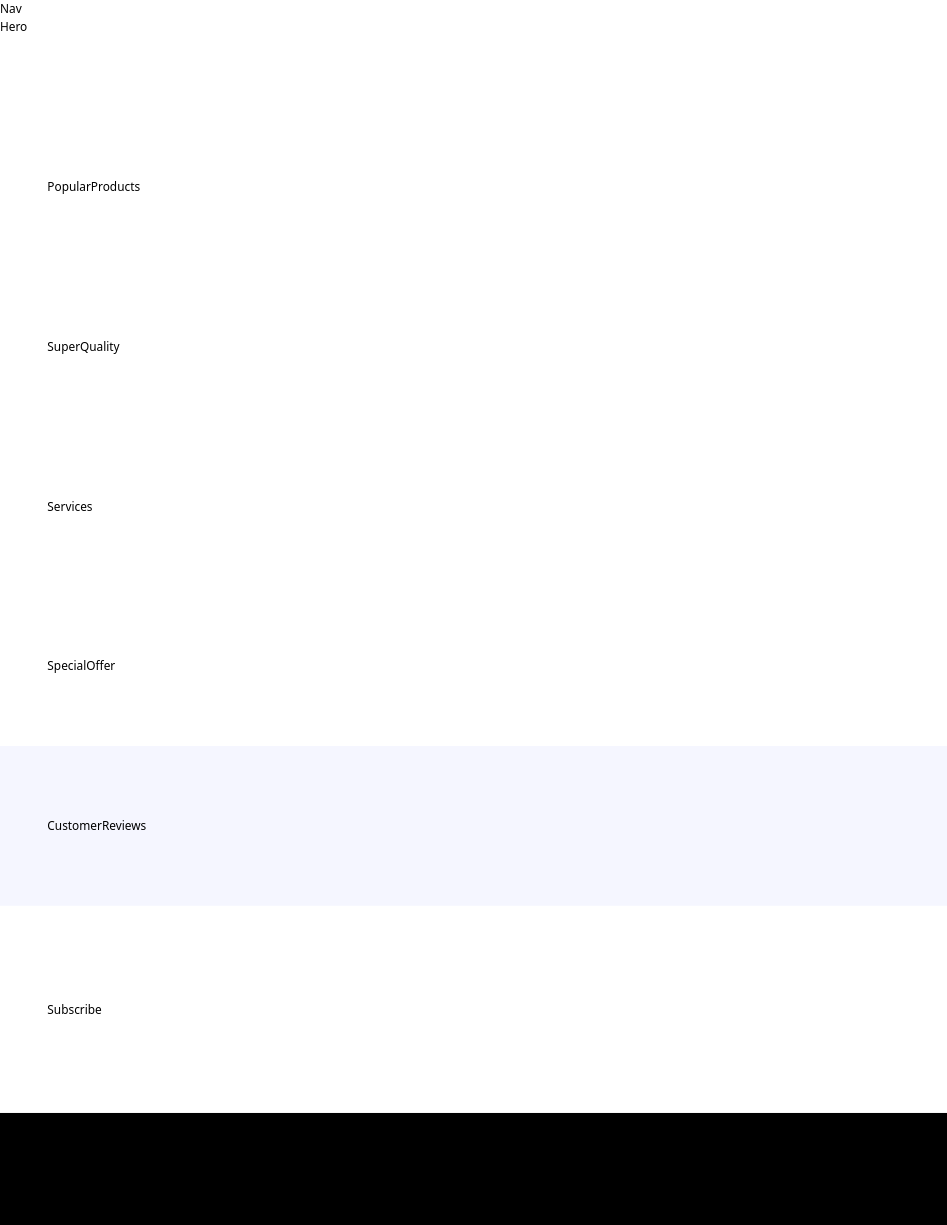
Repository: inno03/nike-clone-web
Page: /
These files come from the project's save history. The page is drawn as it stood at one moment and after the next save; the edit follows.
The browser window is 1280 px wide. The pictures show the whole page, at 74% of full size.
The project was rebuilt for these pictures with package versions that can differ from the ones it lists, and the page was loaded fresh each time. Also part of the build but not shown: vite.config.js.

Above is the page before, as saved 2023-10-20 12:00:08.

### src/App.jsx
const App = () => (
  <main className="relative">
    Nav
    <section className="xl:padding-1 wide:padding-r padding-b">
      Hero
    </section>
    <section className="padding">
      PopularProducts
    </section>
        <section className="padding">
      SuperQuality
    </section>
        <section className="padding">
      Services
    </section>
        <section className="padding">
      SpecialOffer
    </section>
        <section className="bg-pale-blue padding">
      CustomerReviews
    </section>
        <section className="padding-x sm:py-32 py-16 w-full">
      Subscribe
    </section>
        <section className="bg-black padding-x padding-t pb-8">
      Footer
    </section>
    </main>
)

export default App;

### src/index.css
@tailwind base;
@tailwind components;
@tailwind utilities;

* {
  margin: 0;
  padding: 0;
  box-sizing: border-box;
  scroll-behavior: smooth;
}

@layer components {
  .max-container {
    max-width: 1440px;
    margin: 0 auto;
  }

  .input {
    @apply sm:flex-1 max-sm:w-full text-base leading-normal text-slate-gray pl-5 max-sm:p-5 outline-none sm:border-none border max-sm:border-slate-gray max-sm:rounded-full;
  }
}

@layer utilities {
  .padding {
    @apply sm:px-16 px-8 sm:py-24 py-12;
  }

  .padding-x {
    @apply sm:px-16 px-8;
  }

  .padding-y {
    @apply sm:py-24 py-12;
  }

  .padding-l {
    @apply sm:pl-16 pl-8;
  }

  .padding-r {
    @apply sm:pr-16 pr-8;
  }

  .padding-t {
    @apply sm:pt-24 pt-12;
  }

  .padding-b {
    @apply sm:pb-24 pb-12;
  }

  .info-text {
    @apply font-montserrat text-slate-gray text-lg leading-7;
  }
}

### src/sections/index.js
import Hero from './Hero';
import PopularProducts from './PopularProducts';
import SuperQuality from './SuperQuality';
import Services from './Services';
import SpecialOffer from './SpecialOffer';
import CustomerReviews from './CustomerReviews';
import Subscribe from './Subscribe';
import Footer from './Footer';

export {
  Hero,
  PopularProducts,
  SuperQuality,
  Services,
  SpecialOffer,
  CustomerReviews,
  Subscribe,
  Footer,
}

Loaded but not shown: index.html (common file); src/main.jsx (common file); tailwind.config.js (common file); src/sections/Hero.jsx (common file); src/sections/PopularProducts.jsx (common file); src/sections/SuperQuality.jsx (common file); src/sections/Services.jsx (common file); src/sections/SpecialOffer.jsx (common file); src/sections/CustomerReviews.jsx (common file); src/sections/Subscribe.jsx (common file); src/sections/Footer.jsx (common file)

After the next save:
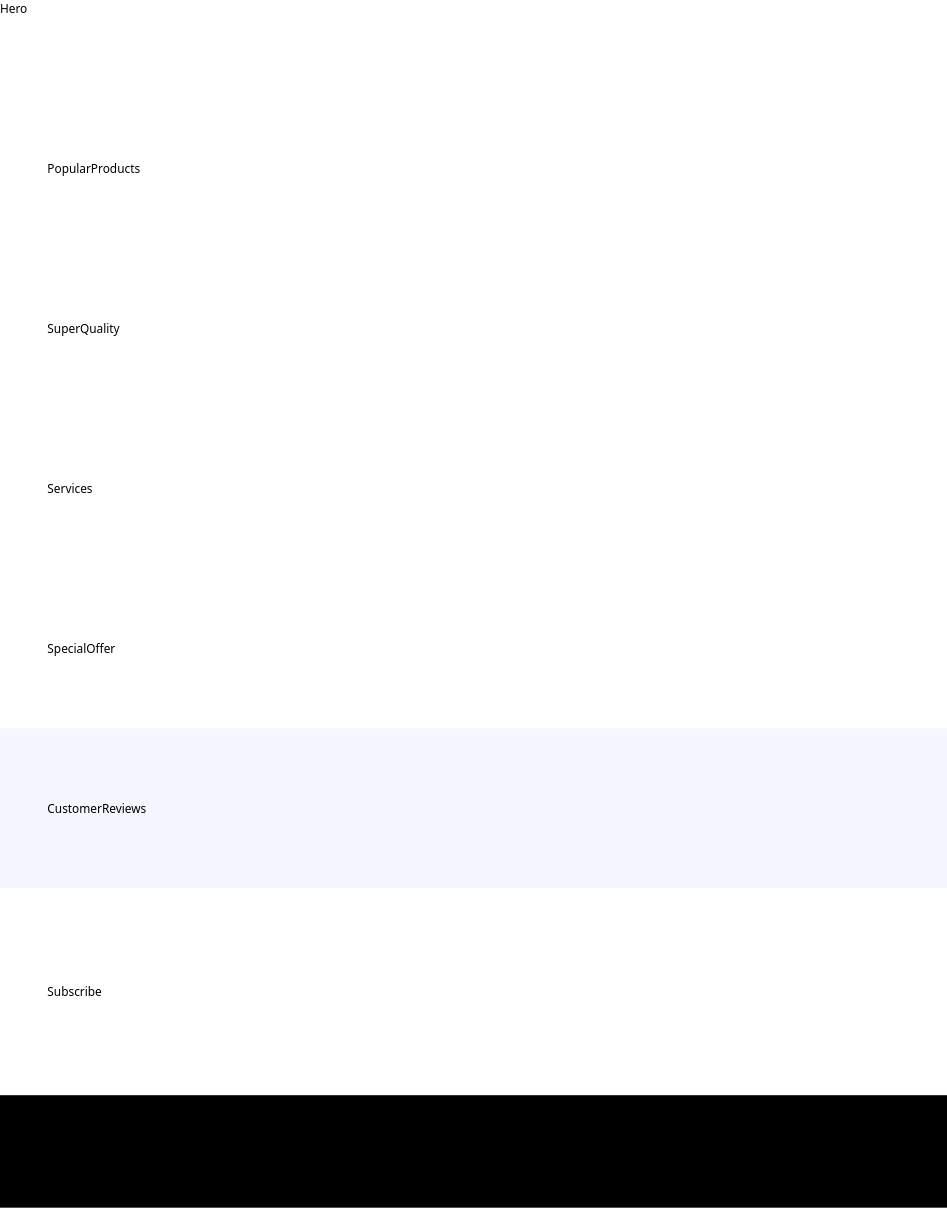
Saved 4 min 33 s later.
--- a/src/App.jsx
+++ b/src/App.jsx
@@ -1,29 +1,31 @@
+import { CustomerReviews, Footer, Hero, PopularProducts, Services, SpecialOffer, Subscribe, SuperQuality } from "./sections";
+
 const App = () => (
   <main className="relative">
-    Nav
+   {/* <Nav  /> */}
     <section className="xl:padding-1 wide:padding-r padding-b">
-      Hero
+      <Hero />
     </section>
     <section className="padding">
-      PopularProducts
+      <PopularProducts  />
     </section>
         <section className="padding">
-      SuperQuality
+      <SuperQuality />
     </section>
         <section className="padding">
-      Services
+      <Services />
     </section>
         <section className="padding">
-      SpecialOffer
+      <SpecialOffer />
     </section>
         <section className="bg-pale-blue padding">
-      CustomerReviews
+      <CustomerReviews />
     </section>
         <section className="padding-x sm:py-32 py-16 w-full">
-      Subscribe
+      <Subscribe />
     </section>
         <section className="bg-black padding-x padding-t pb-8">
-      Footer
+      <Footer />
     </section>
     </main>
 )
